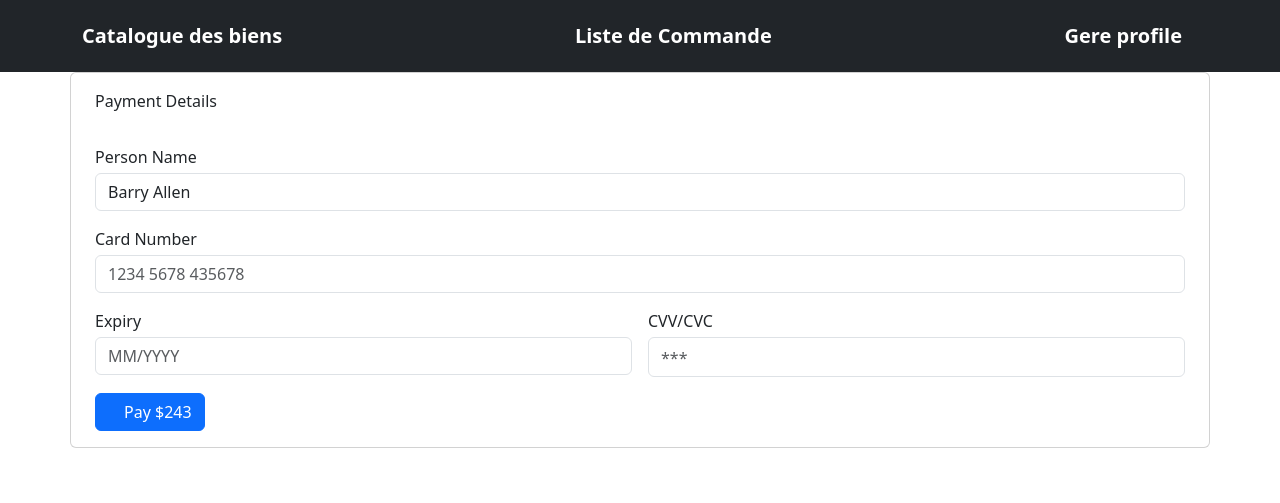
Repository: Jihad2909/Jakarta_Project_Agence_Location
Page: http://localhost/agence_location/payment
The author's editor kept a copy of each file at every save. The page is drawn from the files as they stood at one save, then again after the next save.
The browser window is 1280 px wide. The pictures show the whole page.
The page is served by Tomcat 10. Other server files are loaded and not shown.

Above is the page before, as saved 2024-04-25 13:43:33.

### agence_location/src/main/webapp/WEB-INF/Views/payment.jsp
<%@ page language="java" contentType="text/html; charset=UTF-8"
    pageEncoding="UTF-8"%>
<!DOCTYPE html>
<html>
<head>
<meta charset="UTF-8">
<title>Insert title here</title>
    <link href="https://cdn.jsdelivr.net/npm/bootstrap@5.3.3/dist/css/bootstrap.min.css" rel="stylesheet" integrity="sha384-QWTKZyjpPEjISv5WaRU9OFeRpok6YctnYmDr5pNlyT2bRjXh0JMhjY6hW+ALEwIH" crossorigin="anonymous">

</head>
<body>
 <header>
      <div class="navbar p-3 navbar-dark bg-dark box-shadow">
        <div class="container d-flex justify-content-between">
          <a href="cata" class="navbar-brand d-flex align-items-left">
            <strong>Catalogue des biens</strong>
          </a>
          <a href="affichecommande" class="navbar-brand d-flex align-items-right">
            <strong>Liste de Commande</strong>
          </a>
          <a href="profile" class="navbar-brand d-flex align-items-right">
            <strong>Gere profile</strong>
          </a>
        </div>
      </div>
    </header>
	<div class="container p-0">
        <div class="card px-4">
            <p class="h8 py-3">Payment Details</p>
            <div class="row gx-3">
                <div class="col-12">
                    <div class="d-flex flex-column">
                        <p class="text mb-1">Person Name</p>
                        <input class="form-control mb-3" type="text" placeholder="Name" value="Barry Allen">
                    </div>
                </div>
                <div class="col-12">
                    <div class="d-flex flex-column">
                        <p class="text mb-1">Card Number</p>
                        <input class="form-control mb-3" type="text" placeholder="1234 5678 435678">
                    </div>
                </div>
                <div class="col-6">
                    <div class="d-flex flex-column">
                        <p class="text mb-1">Expiry</p>
                        <input class="form-control mb-3" type="text" placeholder="MM/YYYY">
                    </div>
                </div>
                <div class="col-6">
                    <div class="d-flex flex-column">
                        <p class="text mb-1">CVV/CVC</p>
                        <input class="form-control mb-3 pt-2 " type="password" placeholder="***">
                    </div>
                </div>
                <div class="col-12">
                    <div class="btn btn-primary mb-3">
                        <span class="ps-3">Pay $243</span>
                        <span class="fas fa-arrow-right"></span>
                    </div>
                </div>
            </div>
        </div>
    </div>


</body>
</html>

### agence_location/src/main/java/Controllers/AffichePayment.java
package Controllers;

import jakarta.servlet.ServletException;
import jakarta.servlet.annotation.WebServlet;
import jakarta.servlet.http.HttpServlet;
import jakarta.servlet.http.HttpServletRequest;
import jakarta.servlet.http.HttpServletResponse;
import java.io.IOException;

@WebServlet("/payment")
public class AffichePayment extends HttpServlet {
	private static final long serialVersionUID = 1L;

    /**
     * @see HttpServlet#HttpServlet()
     */
    public AffichePayment() {
        super();
        // TODO Auto-generated constructor stub
    }


	protected void doGet(HttpServletRequest request, HttpServletResponse response) throws ServletException, IOException {
		request.getRequestDispatcher("/WEB-INF/Views/payment.jsp").forward(request, response);
	}

	/**
	 * @see HttpServlet#doPost(HttpServletRequest request, HttpServletResponse response)
	 */
	protected void doPost(HttpServletRequest request, HttpServletResponse response) throws ServletException, IOException {
		// TODO Auto-generated method stub
		doGet(request, response);
	}

}

After the next save:
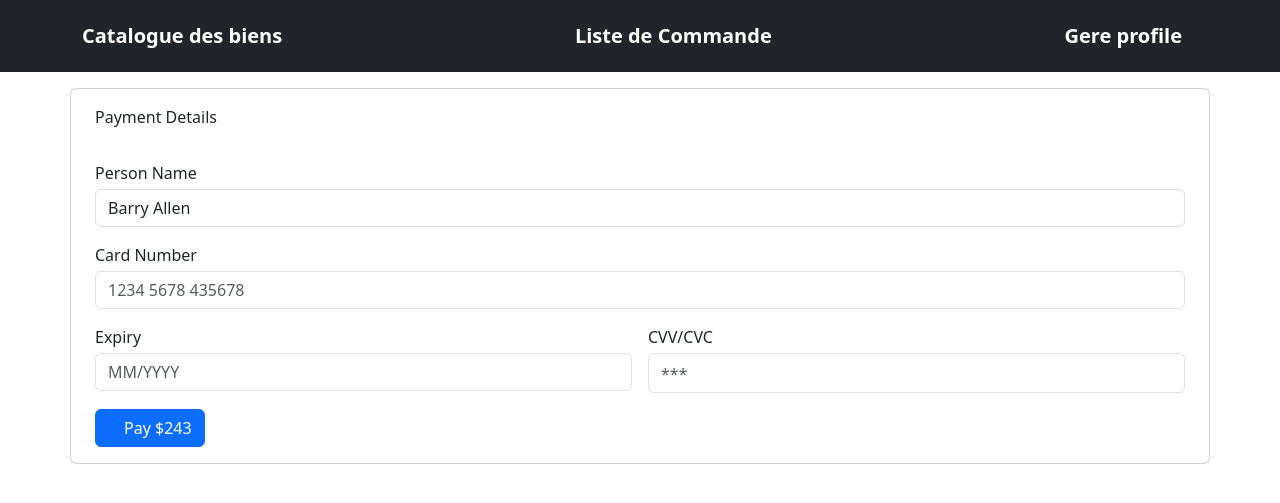
Saved 12 s later.
--- a/agence_location/src/main/webapp/WEB-INF/Views/payment.jsp
+++ b/agence_location/src/main/webapp/WEB-INF/Views/payment.jsp
@@ -24,7 +24,8 @@
         </div>
       </div>
     </header>
-	<div class="container p-0">
+
+	<div class="container p-0 mt-3">
         <div class="card px-4">
             <p class="h8 py-3">Payment Details</p>
             <div class="row gx-3">
